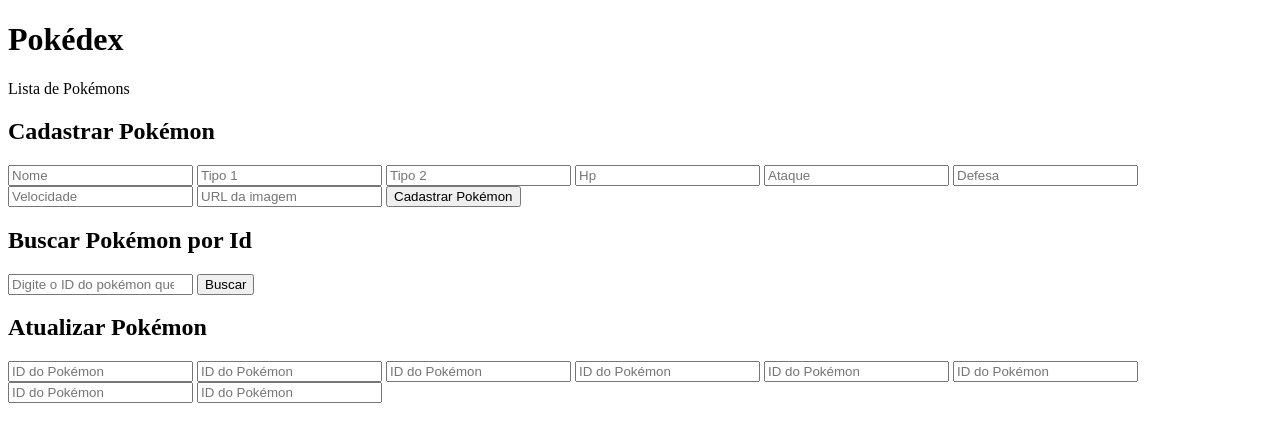
Repository: arthurSchgg/pokedex
Page: front-end/index.html
An editor plug-in stored every save of this project. The page is shown before and after a run of saves, followed by the edit.
The browser window is 1280 px wide. The pictures show the whole page.
The page's requests for data from a server got no answer.

Above is the page before, as saved 2026-10-01 16:05:22.

After the next 2 saves:
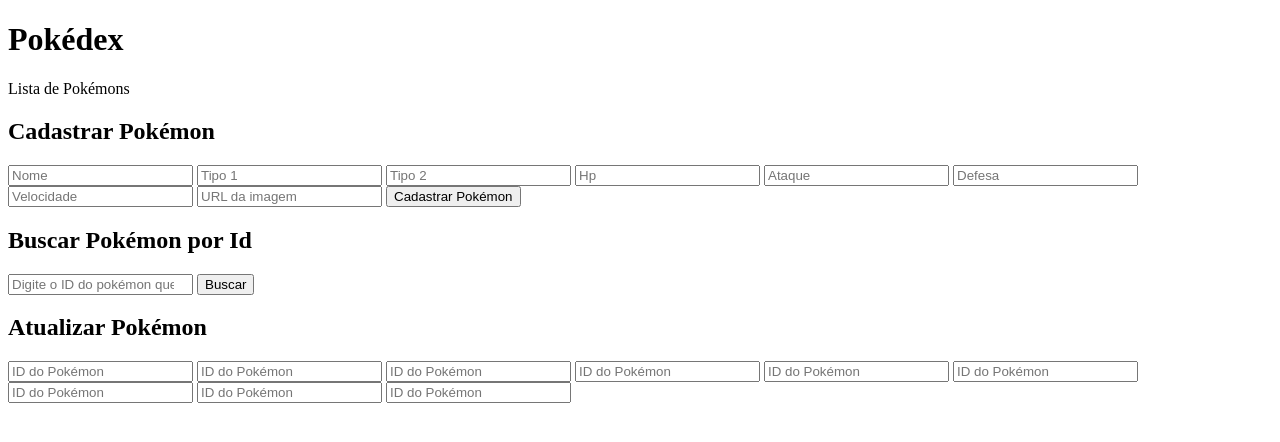
The 2 saves are shown as one change because they came seconds apart.
The last was saved 8 s later.
--- a/front-end/index.html
+++ b/front-end/index.html
@@ -108,6 +108,13 @@
 
             <input
                 type="number"
+                id="update-velocidade"
+                placeholder="ID do Pokémon"
+                required
+            >
+
+            <input
+                type="number"
                 id="update-id"
                 placeholder="ID do Pokémon"
                 required
